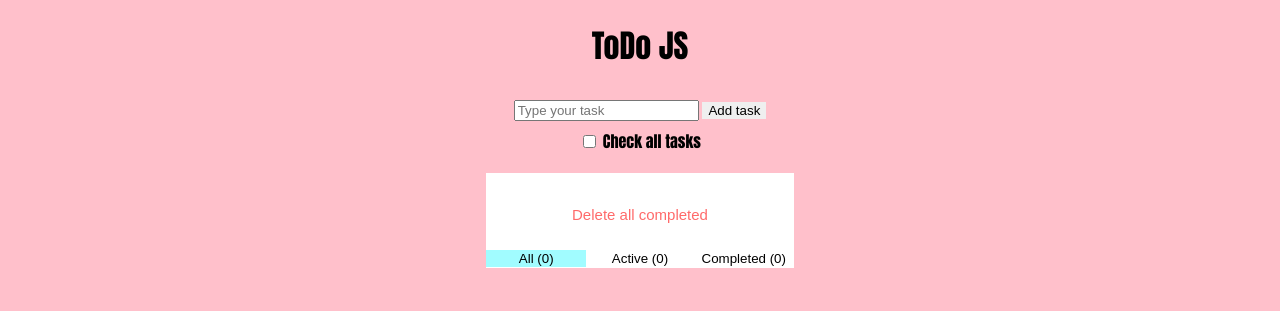
Repository: mklyagin/klyagin_todojs
Page: index.html
An editor plug-in stored every save of this project. The page is shown before and after the next save, followed by the edit.
The browser window is 1280 px wide. The pictures show the whole page.

Above is the page before, as saved 2024-02-27 17:56:44.

After the next save:
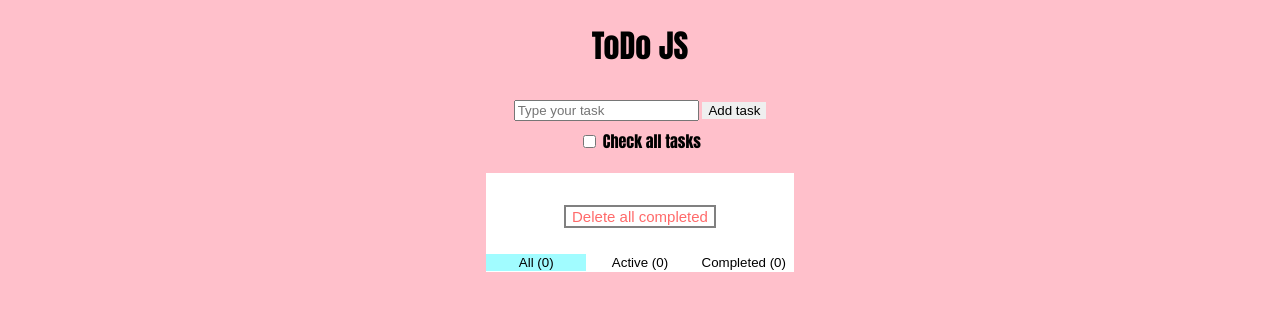
Saved 37 s later.
--- a/style.css
+++ b/style.css
@@ -58,6 +58,7 @@ li {
 
 #add-task-button {
   margin: 10px 0;
+
 }
 
 .tabulation {
@@ -74,6 +75,7 @@ li {
   color: rgb(255, 106, 106);
   font-size: 15px;
   margin-bottom: 20px;
+  border: 2px solid grey;
 }
 
 .hidden-element {
